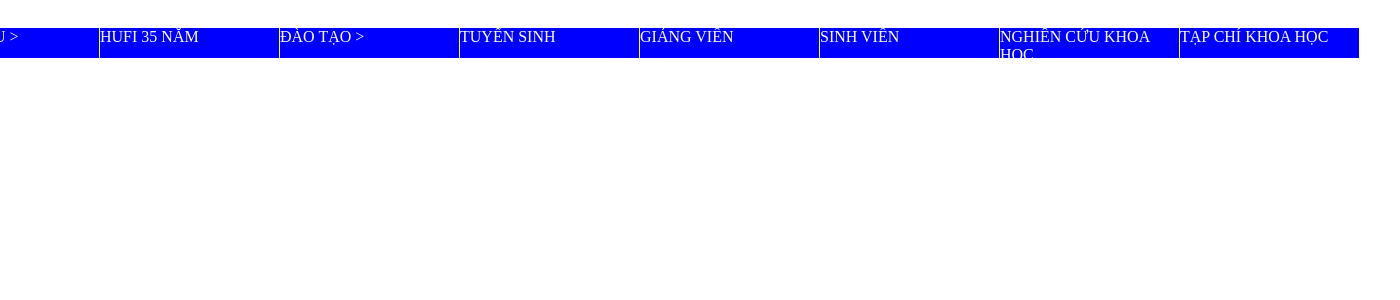
Repository: Tan-Khang21/TH_TKW--Buoi_08
Page: Bai_Tap_Tren_Lop/Bai_03/Bai_03.html
The author's editor kept a copy of each file at every save. The page is drawn from the files as they stood at one save, then again after the next save.
The browser window is 1280 px wide. The page is 1360 px wide, then 1400 px, so the pictures cover 1400 px, including what lies to the right of the window. The pictures show the whole page.

Above is the page before, as saved 2024-03-13 20:33:14.

### Bai_Tap_Tren_Lop/Bai_03/Bai_03.html
<!DOCTYPE html>
<html lang="en">
  <head>
    <meta charset="UTF-8" />
    <meta name="viewport" content="width=device-width, initial-scale=1.0" />
    <title>Document</title>
  </head>
  <link rel="stylesheet" href="style.css" />
  <body>
    <nav>
      <ul class="list1">
        <li class="list1_item"><a href="#">GIỚI THIỆU ></a></li>
        <li style="display: flex" class="list1_item">
          <a href="#">HUFI 35 NĂM </a>
          <!-- <ul style="display: flex; flex-direction: column" class="list2">
            <li class="list2_item"><a href="#">Sinh viên Hufi</a></li>
            <li style="display: flex" class="list2_item">
              <a href="#"> Sinh viên CNTT</a>
              <ul style="display: flex; flex-direction: column" class="list3">
                <li class="list3_item"><a href="#">Khóa 09DHTH</a></li>
                <li class="list3_item"><a href="#">Khóa 10DHTH</a></li>
              </ul>
            </li>
          </ul> -->
        </li>
        <li style="display: flex" class="list1_item">
          <a href="#"> ĐÀO TẠO ></a>
          <!-- <ul style="display: flex; flex-direction: column" class="list2">
            <li class="list2_item"><a href="#">Học vụ</a></li>
            <li class="list2_item"><a href="#">Điểm rèn luyện</a></li>
            <li class="list2_item"><a href="#">Đoàn thể</a></li>
            <li class="list2_item"><a href="#">Sinh hoạt ngoại khóa</a></li>
          </ul> -->
        </li>
        <li class="list1_item">
          <a href="#"> TUYỂN SINH</a>
        </li>

        <li class="list1_item">
          <a href="#">GIẢNG VIÊN</a>
        </li>
        <li class="list1_item">
          <a href="#">SINH VIÊN </a>
        </li>
        <li class="list1_item">
          <a href="#">NGHIÊN CỨU KHOA HỌC</a>
        </li>
        <li class="list1_item">
          <a href="#">TẠP CHÍ KHOA HỌC</a>
        </li>
      </ul>
    </nav>
  </body>
</html>

### Bai_Tap_Tren_Lop/Bai_03/style.css
* {
  box-sizing: border-box;
}
nav {
  display: flex;
  justify-content: center;
}
ul {
  list-style: none;
  padding: 0;
}
.list1 {
  display: flex;
  background-color: #00f;
  margin: 20px auto;
  justify-content: space-between;
}
.list1_item {
  border-right: 1px solid white;
  width: 180px;
  height: 30px;

  transition: 0.2s linear;
}
.list1_item:hover + .list1 {
  background-color: #0cf;
}
a {
  text-decoration: none;
  color: white;
  text-transform: uppercase;
}

After the next save:
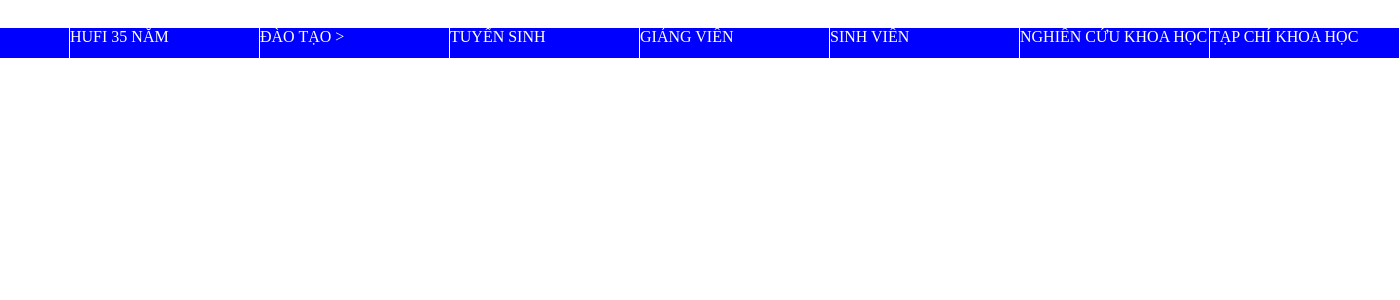
Saved 6 s later.
--- a/Bai_Tap_Tren_Lop/Bai_03/style.css
+++ b/Bai_Tap_Tren_Lop/Bai_03/style.css
@@ -17,7 +17,7 @@ ul {
 }
 .list1_item {
   border-right: 1px solid white;
-  width: 180px;
+  width: 190px;
   height: 30px;
 
   transition: 0.2s linear;
